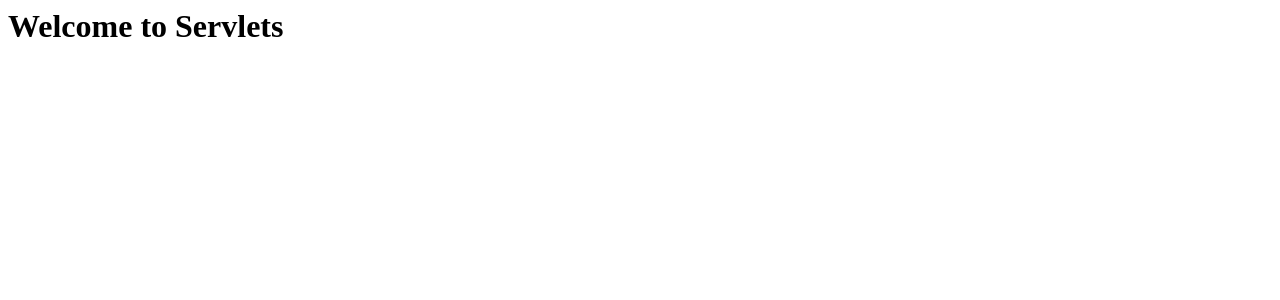
Repository: adithnaveen/SdetBatch3
Page: http://localhost/WebWorks/hello
An editor plug-in stored every save of this project. The page is shown before and after the next save, followed by the edit.
The browser window is 1280 px wide. The pictures show the whole page.
The page is served by Tomcat 9.

Above is the page before, as saved 2017-04-03 20:54:54.

After the next save:
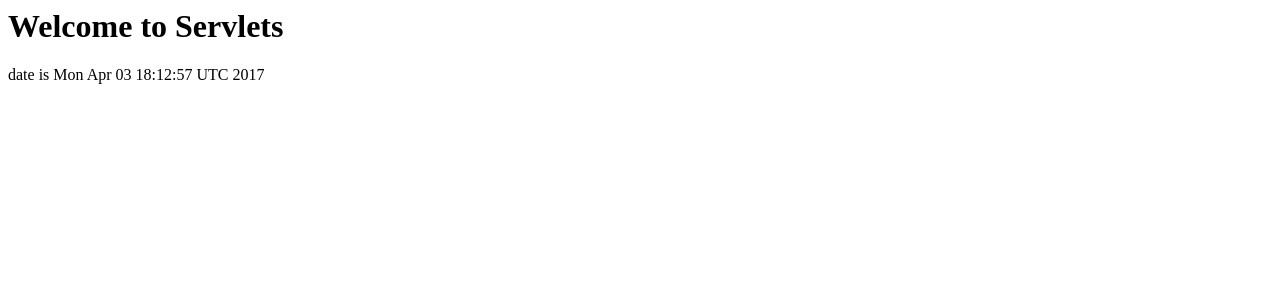
Saved 21 min 14 s later.
--- a/SDET4/WebWorks/src/com/fannie/HelloWorld.java
+++ b/SDET4/WebWorks/src/com/fannie/HelloWorld.java
@@ -2,6 +2,7 @@ package com.fannie;
 
 import java.io.IOException;
 import java.io.PrintWriter;
+import java.util.Date;
 
 import javax.servlet.ServletConfig;
 import javax.servlet.ServletException;
@@ -34,6 +35,7 @@ public class HelloWorld extends HttpServlet {
 		out.println("<html>");
 		out.println("<body>");
 		out.println("<h1>Welcome to Servlets </h1>");
+		out.println("date is " + new Date().toString());
 		out.println("</body>");
 		out.print("</html>");
 
